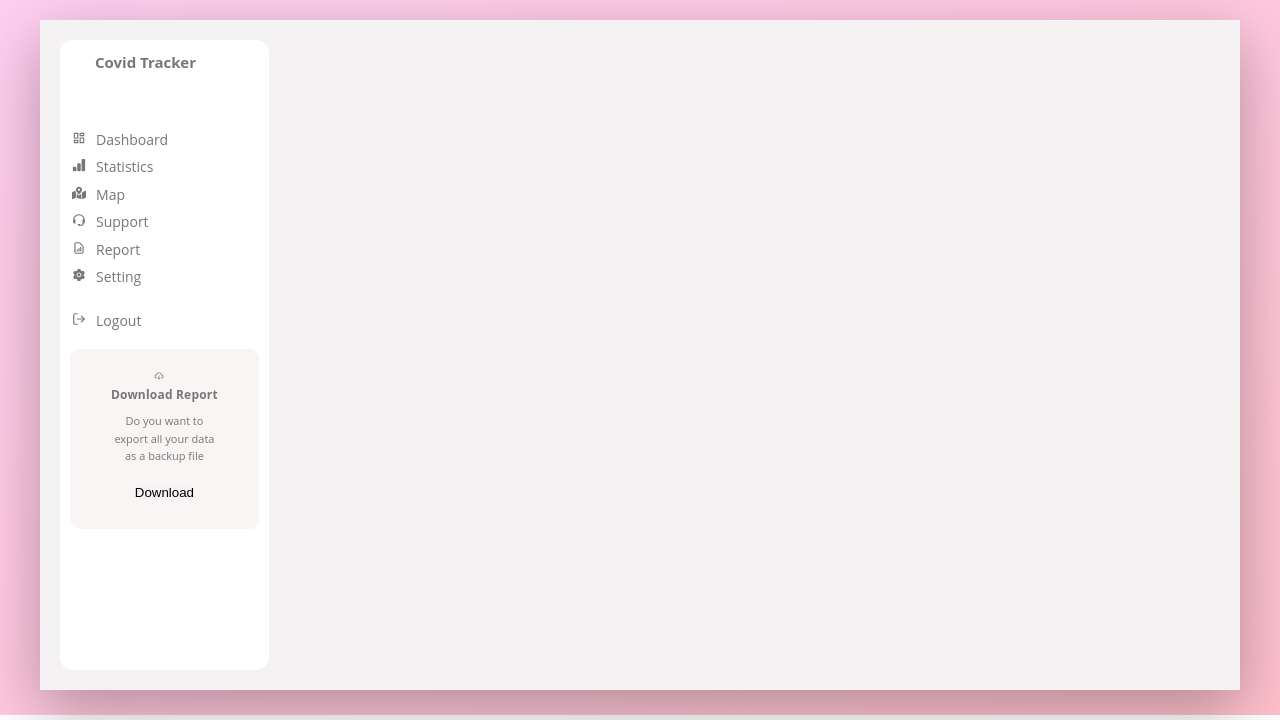
Repository: okidijimmy200/CovidAdminTracker
Page: /
These files come from the project's save history. The page is drawn as it stood at one moment and after the next save; the edit follows.
The browser window is 1280 px wide. The pictures show the whole page.
The project was rebuilt for these pictures with package versions that can differ from the ones it lists, and the page was loaded fresh each time.

Above is the page before, as saved 2022-06-16 14:27:33.

After the next save:
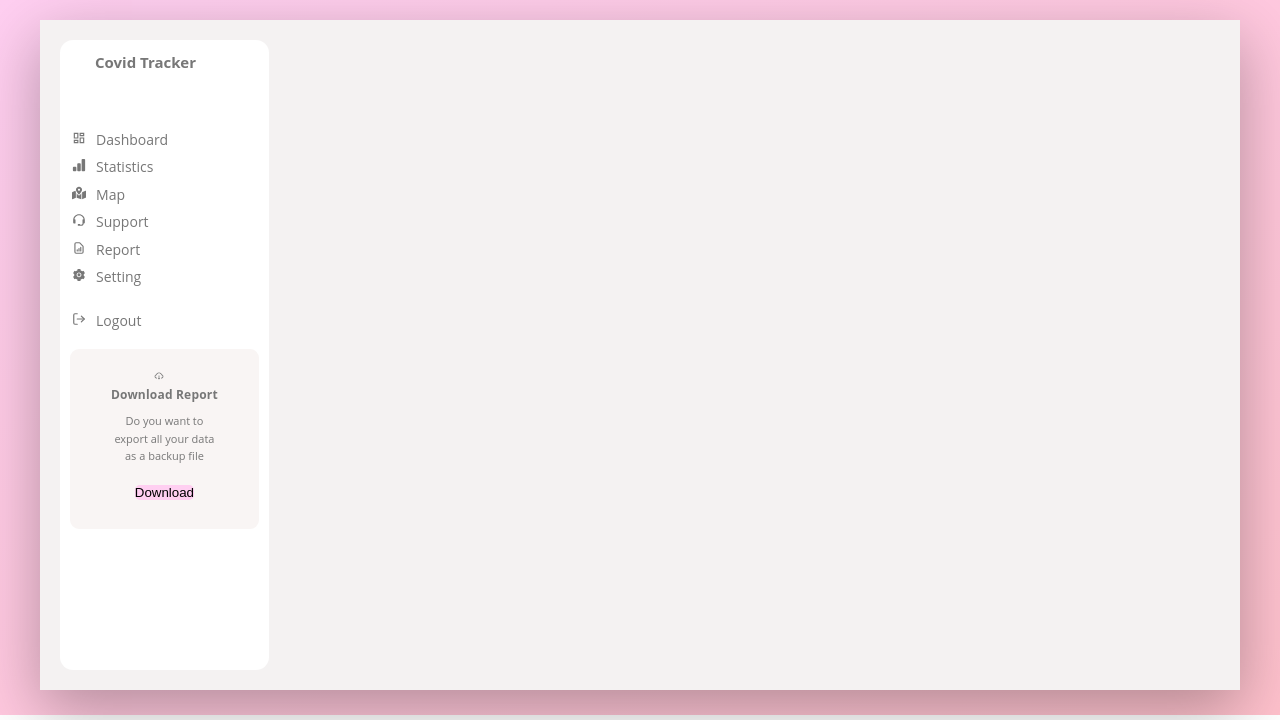
Saved 5 s later.
--- a/src/sidebar/sidebar.scss
+++ b/src/sidebar/sidebar.scss
@@ -105,5 +105,5 @@
     margin-top: 2rem;
     border-radius: .5rem;
     border-style: none;
-    background-color:  var(--color-grey-light-2);;
+    background-color:  var(--color-primary-light);;
 }
